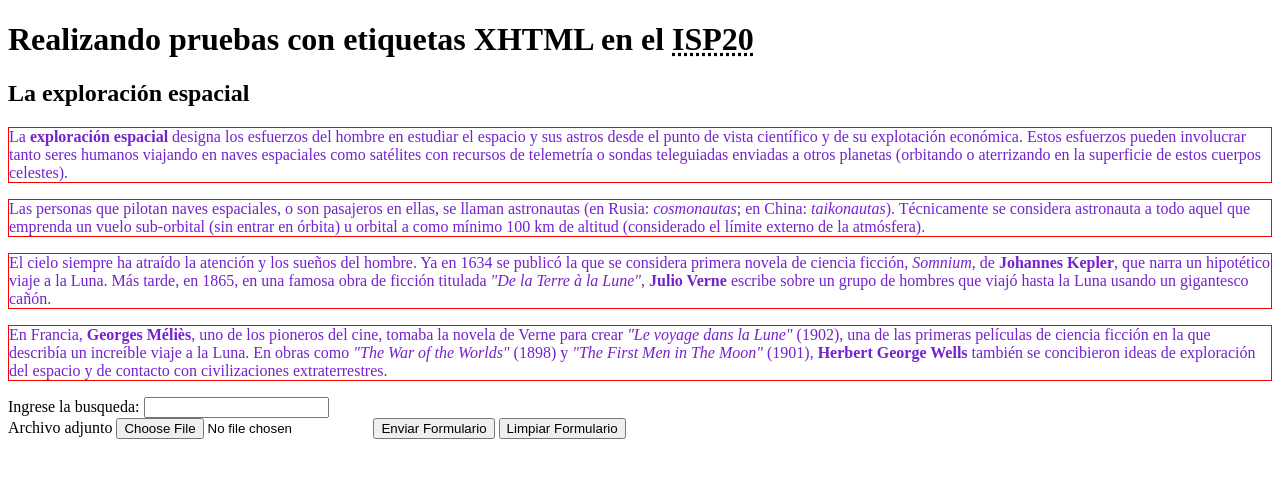
Repository: aleramirezsj/inv-aplicada-isp20
Page: pruebas_html5/pruebas_con_parrafos_y_textos.html
An editor plug-in stored every save of this project. The page is shown before and after the next save, followed by the edit.
The browser window is 1280 px wide. The pictures show the whole page.

Above is the page before, as saved 2013-06-24 23:39:24.

After the next save:
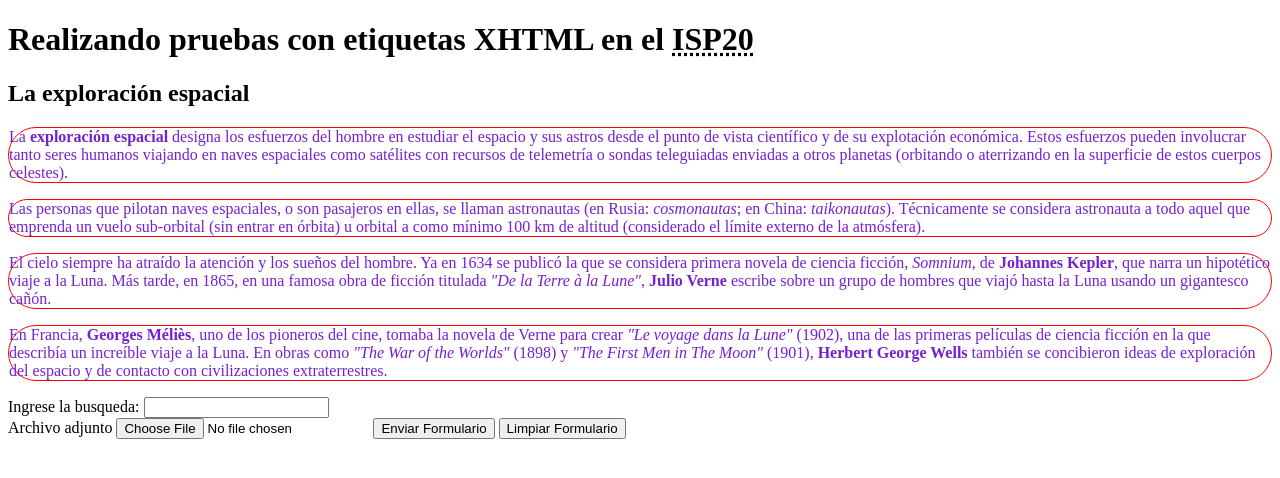
Saved 87 s later.
--- a/pruebas_html5/pruebas_con_parrafos_y_textos.html
+++ b/pruebas_html5/pruebas_con_parrafos_y_textos.html
@@ -5,7 +5,7 @@
 	<meta http-equiv="Content-Type" content="text/html; charset=UTF-8" />
 	<title>La exploración espacial</title>
 	<style type="text/css">
-		p { border: 1px solid red; color:#7521CF }
+		p { border: 1px solid red; color:#7521CF; border-radius: 30px }
 	</style>
 </head>
 
